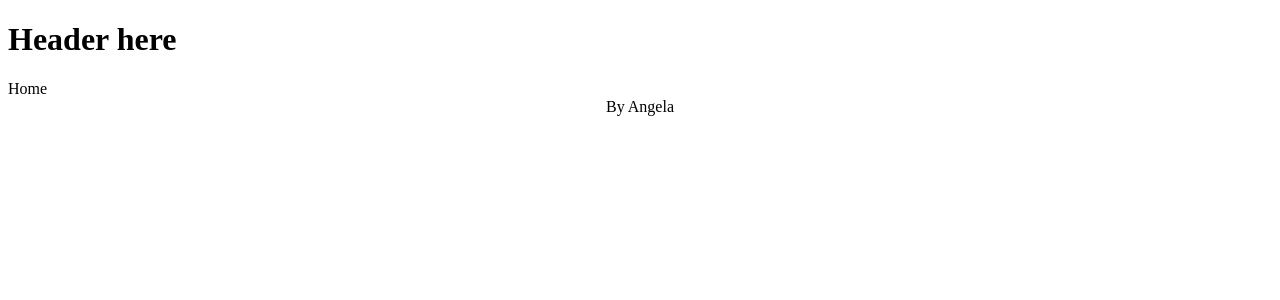
Repository: y-w-lee/class-3
Page: /ExampleFour
An editor plug-in stored every save of this project. The page is shown before and after a run of saves, followed by the edit.
The browser window is 1280 px wide. The pictures show the whole page.
The project was rebuilt for these pictures with package versions that can differ from the ones it lists, and the page was loaded fresh each time. The framework's server and built-in components were replaced by stand-ins that run in the browser. Also part of the build but not shown: next.config.js.

Above is the page before, as saved 2024-01-18 13:10:57.

### pages/ExampleFour.js
import Header from "@/components/Header"
import Footer from "@/components/Footer"
import {useState, useEffect} from "react"

export default function ExampleFour () {
    const [number, setNumber] = useState(0);
    const [color, setColor] = useState("gray");

    const [trigger, setTrigger] = useState(false);

    const HandleChange = () => {
        if (number > 2) {
            setColor("orange");
        }
        console.log(number)
    }

useEffect(() => {
    var interval;

    if(trigger) {
        interval = setInterval(() => {
            HandleChange()
            setTrigger(false);
        }, 3000) // after 3 seconds then it will do the console log
    }
    console.log(number);
    console.log(trigger);

    // clearing the interval so it doesn't get stuck in a loop
    return () => clearInterval(interval)
}, [trigger])

    return (
        <>
            <Header/>
            <main>

            </main>
            <Footer/>
        </>
    )
}

### styles/globals.css
:root {

}


a {
  color: inherit;
  text-decoration: none;
}

### components/Header/index.js
import Link from 'next/link'

export default function Header () {
    return (
        <header>
            <h1>Header here</h1>
            <Link href='/'>Home</Link>
        </header>
    )
}

### components/Footer/index.js
import styles from "./Footer.module.css"

export default function Footer () {
    return (
        <footer className={styles.footer}>
            By Angela
        </footer>
    )
}

### components/Footer/Footer.module.css
.footer {
    display: flex;
    justify-content: center;
}

Loaded but not shown: pages/_app.js (common file); pages/_document.js (common file)

After the next 3 saves:
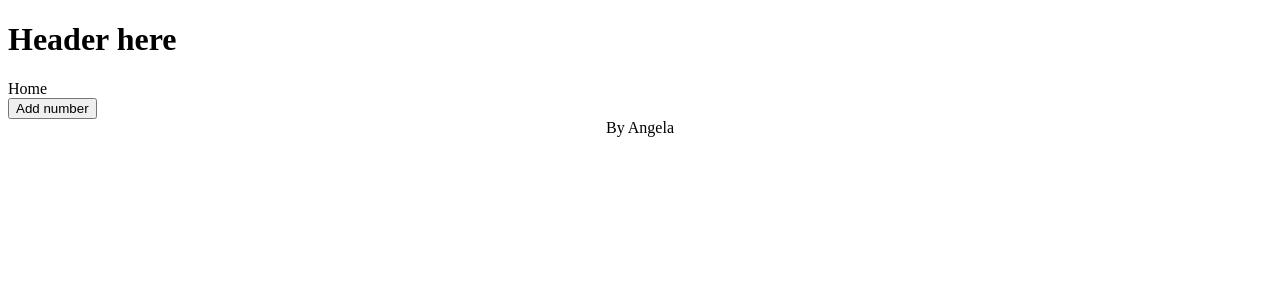
The 3 saves are shown as one change because they came seconds apart.
The last was saved 10 s later.
--- a/pages/ExampleFour.js
+++ b/pages/ExampleFour.js
@@ -35,7 +35,7 @@ useEffect(() => {
         <>
             <Header/>
             <main>
-
+                <button>Add number</button>
             </main>
             <Footer/>
         </>
